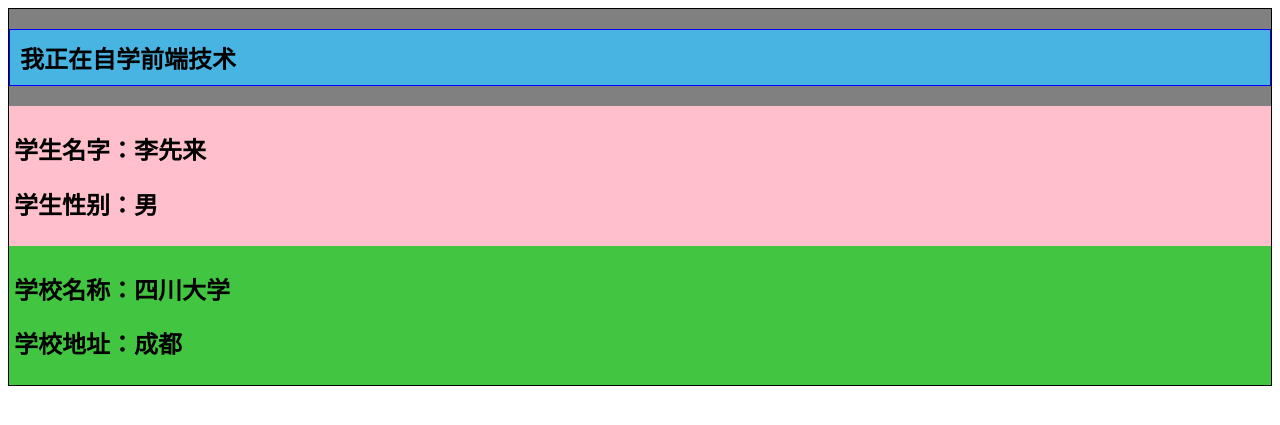
Repository: Lixianlai-2/The-journey-of-learning-Vue
Page: / (app in afterVueCli/Vue_Test/)
An editor plug-in stored every save of this project. The page is shown before and after the next save, followed by the edit.
The browser window is 1280 px wide. The pictures show the whole page.
The project was rebuilt for these pictures with package versions that can differ from the ones it lists, and the page was loaded fresh each time.

Above is the page before, as saved 2022-04-24 08:55:54.

### afterVueCli/Vue_Test/src/main.js
import Vue from "vue";
import App from "./App.vue";

// 关闭生产模式提醒
Vue.config.productionTip = false;

new Vue({
  render: (h) => h(App),
}).$mount("#app");

### afterVueCli/Vue_Test/src/App.vue
<template>
  <div id="app">
    <h2 class="hello">{{ msg }}</h2>
    <student />
    <school />
  </div>
</template>

<script>
import School from "./components/school.vue";
import student from "./components/student.vue";

export default {
  name: "App",
  components: {
    student,
    School,
  },
  data() {
    return {
      msg: "我正在自学前端技术",
    };
  },
};
</script>

<style lang="less">
#app {
  border: 1px solid black;
  background-color: gray;
  .hello {
    padding: 10px;
    border: 1px solid blue;
    background-color: rgb(71, 180, 226);
    margin-bottom: 20px;
  }
}
</style>

### afterVueCli/Vue_Test/src/components/school.vue
<template>
  <div class="school">
    <h2>学校名称：{{ name }}</h2>
    <h2>学校地址：{{ address }}</h2>
    <!-- <button @click="showName">点击弹出学生名字</button> -->
  </div>
</template>

<script>
export default {
  data() {
    return {
      name: "四川大学",
      address: "成都",
    };
  },
};
</script>

<style scoped]>
.school {
  padding: 5px;
  background-color: rgb(66, 197, 64);
}
</style>

### afterVueCli/Vue_Test/src/components/student.vue
<template>
  <div class="student">
    <h2>学生名字：{{ name }}</h2>
    <h2>学生性别：{{ gender }}</h2>
  </div>
</template>

<script>
export default {
  data() {
    return {
      name: "李先来",
      gender: "男",
    };
  },
};
</script>

<style scoped>
.student {
  padding: 5px;
  background-color: pink;
}
</style>

Loaded but not shown: afterVueCli/Vue_Test/public/index.html (common file)

After the next save:
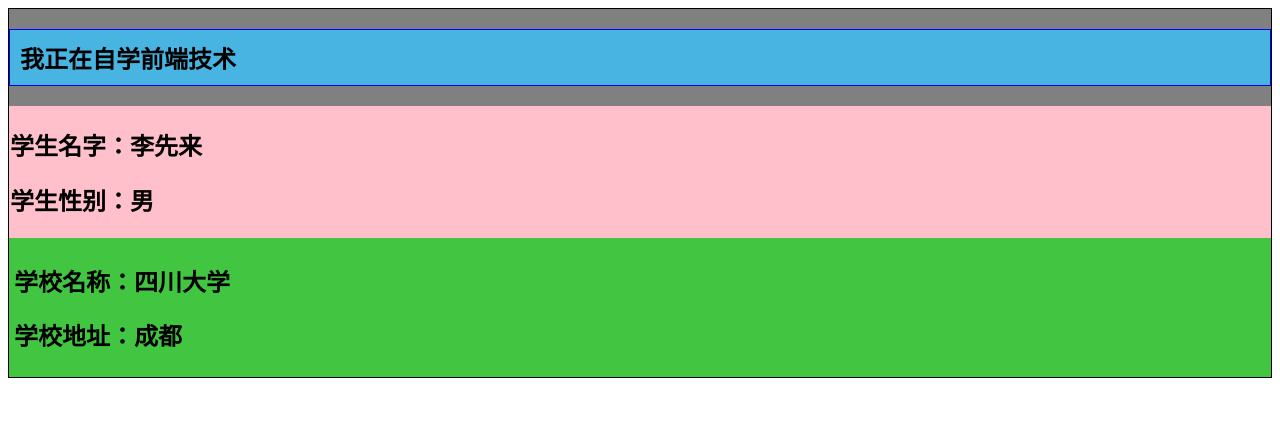
Saved 9 s later.
--- a/afterVueCli/Vue_Test/src/components/student.vue
+++ b/afterVueCli/Vue_Test/src/components/student.vue
@@ -18,7 +18,7 @@ export default {
 
 <style scoped>
 .student {
-  padding: 5px;
+  padding: 1px;
   background-color: pink;
 }
 </style>
